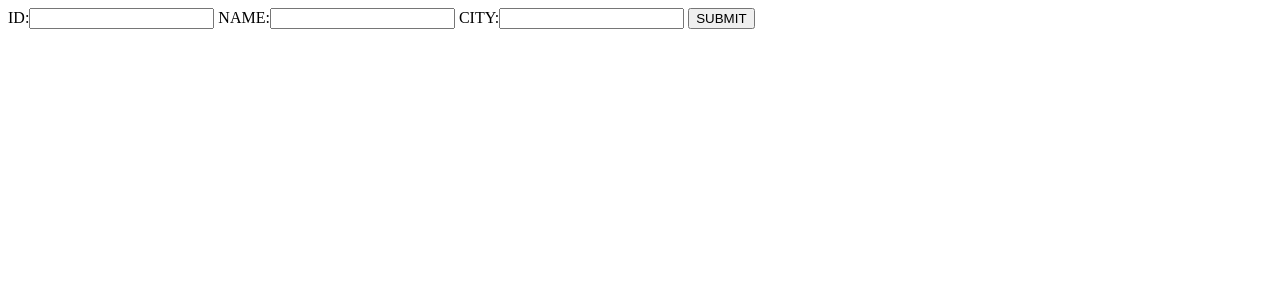
Repository: akhhiil/ICT_JAVA
Page: Demo6/src/main/webapp/index.html
The author's editor kept a copy of each file at every save. The page is drawn from the files as they stood at one save, then again after the next save.
The browser window is 1280 px wide. The pictures show the whole page.

Above is the page before, as saved 2024-10-07 09:06:54.

### Demo6/src/main/webapp/index.html
<!DOCTYPE html>
<html>
<head>
<meta charset="ISO-8859-1">
<title>Insert title here</title>
</head>
<body>
<form action="Employee.jsp">
	ID:<input type="text" name="id">
	NAME:<input type="text" name="name">
	CITY:<input type="text" name="city">
	<button>SUBMIT</button>
</form>
</body>
</html>

After the next save:
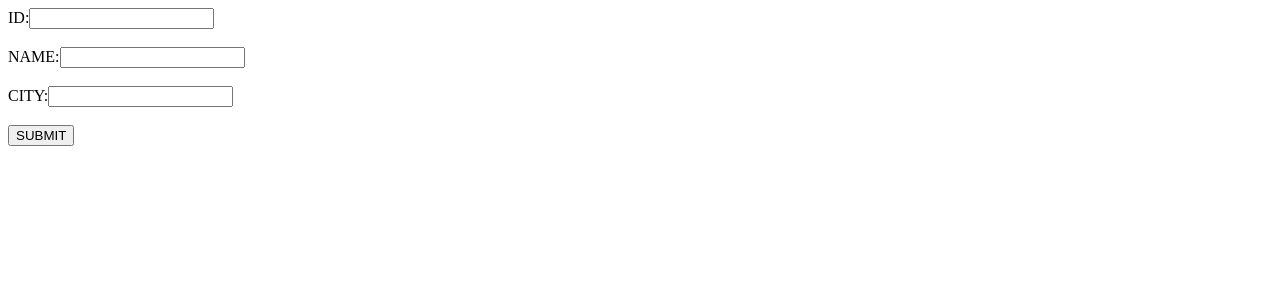
Saved 55 s later.
--- a/Demo6/src/main/webapp/index.html
+++ b/Demo6/src/main/webapp/index.html
@@ -6,9 +6,9 @@
 </head>
 <body>
 <form action="Employee.jsp">
-	ID:<input type="text" name="id">
-	NAME:<input type="text" name="name">
-	CITY:<input type="text" name="city">
+	ID:<input type="text" name="id"><br><br>
+	NAME:<input type="text" name="name"><br><br>
+	CITY:<input type="text" name="city"><br><br>
 	<button>SUBMIT</button>
 </form>
 </body>
